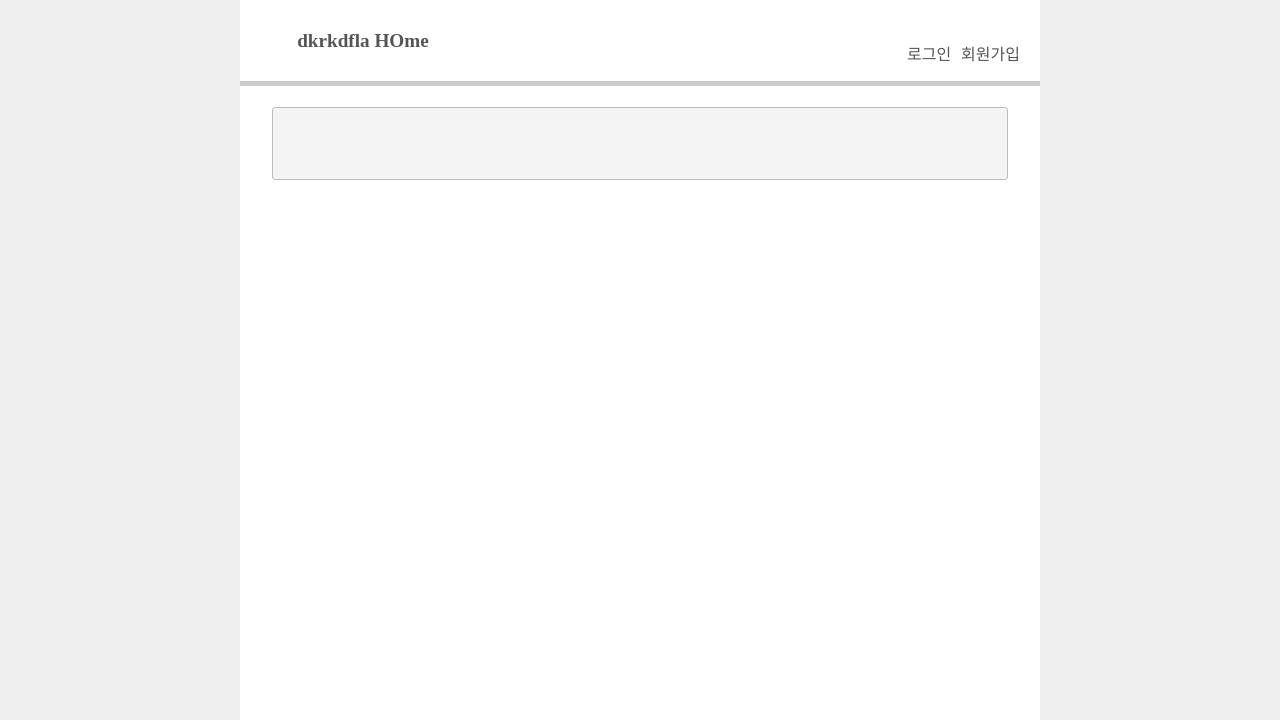
Repository: Dusajang/JSPClass
Page: http://localhost/jspPro/days06/ex06.jsp
The author's editor kept a copy of each file at every save. The page is drawn from the files as they stood at one save, then again after the next save.
The browser window is 1280 px wide. The pictures show the whole page.
Some web fonts or font styles are not loaded; a fallback is used. The page is served by Tomcat 9. Other server files are loaded and not shown.

Above is the page before, as saved 2024-10-22 07:36:48.

### jspPro/src/main/webapp/days06/ex06.jsp
<%@ page contentType="text/html; charset=UTF-8" pageEncoding="UTF-8"%>
<%@ taglib prefix="c" uri="http://java.sun.com/jsp/jstl/core" %>
<!DOCTYPE html>
<html>
<head>
<meta charset="UTF-8">
<title>Insert title here</title>
<link rel="shortcut icon" type="image/x-icon" href="http://localhost/jspPro/images/SiSt.ico">
<script src="https://ajax.googleapis.com/ajax/libs/jquery/3.7.1/jquery.min.js"></script>
<meta name="viewport" content="width=device-width, initial-scale=1.0">
<meta name="google" content="notranslate">
<link rel="stylesheet" href="http://localhost/jspPro/resources/cdn-main/example.css">
<script src="http://localhost/jspPro/resources/cdn-main/example.js"></script>
<style>
 span.material-symbols-outlined{
    vertical-align: text-bottom;
 }
</style>
</head>
<body>
<header>
  <h1 class="main"><a href="#" style="position: absolute;top:30px;">dkrkdfla HOme</a></h1>
  <ul>
    <li><a href="#">로그인</a></li>
    <li><a href="#">회원가입</a></li>
  </ul>
</header>
<div>
  <xmp class="code">

  </xmp>
</div>
</body>
</html>

### jspPro/src/main/webapp/resources/cdn-main/example.css
@charset "UTF-8";

@import url('https://fonts.googleapis.com/css2?family=Material+Symbols+Outlined:opsz,wght,FILL,GRAD@20..48,100..700,0..1,-50..200');

@font-face {
    font-family: 'GmarketSansMedium';
    src: url('https://cdn.jsdelivr.net/gh/projectnoonnu/noonfonts_2001@1.1/GmarketSansMedium.woff') format('woff');
    font-weight: normal;
    font-style: normal;
}

:root {
	--text-color: #555;
	--sub-text-color: #777;
	--back-color: #EFEFEF;
	--header-color: #444;
	--primary-color: #DEDEDE;
	--secondary-color: #EFEFEF;
	--default-width: 800px;
	--narrow-width: 500px;
	--wide-width: 1200px;
	--text-font: 'GmarketSansMedium';
	--icon-font: 'Material Symbols Outlined';
	--border-color: #CCC;
}

html, body {
	margin: 0;
	padding: 0;
}

html {
	background-color: var(--back-color);
	display: flex;
	justify-content: center;
	min-height: 100vh;
}

body, body.default {
	width: var(--default-width);
	background-color: white;
	padding-bottom: 120px;
}

body.wide {
	width: var(--wide-width);
}

body.narrow {
	width: var(--narrow-width);
}



body, p, div, span, a, input, select, option, textarea, button, table, th, td, label, fieldset, legend {
	font-family: var(--text-font);
	color: var(--text-color);
}

h1, h2, h3 {
	font-family: var(--text-font);
	color: var(--header-color);
	padding: 0 1rem;
	padding-top: .5rem;
}

div > h1, div > h2, div > h3 {
	padding: 0;
}

body > div, body > main > div {
	padding: 0.3rem 1rem;
}


h1 { font-size: 2rem; border-bottom: 1px solid var(--border-color); }
h1 small { font-size: 1.2rem; color: var(--sub-text-color); }
h2 { font-size: 1.5rem; border-bottom: 1px dashed var(--border-color); }
h2 small { font-size: 1.1rem; color: --sub-text-color; }
h3 { font-size: 1.2rem; }
h3 small { font-size: 1rem; color: --sub-text-color; }



h1.main::before {
	font-family: var(--icon-font);
  	content: '\e666';
  	margin-right: 10px;
  	float: left;
	font-size: 2.5rem;
}

h1.sub::before {
	font-family: var(--icon-font);
  	content: '\ea19';
  	margin-right: 10px;
  	float: left;
	font-size: 2.5rem;
}


h1.page::before {
	font-family: var(--icon-font);
  	content: '\e0e0';
  	margin-right: 10px;
  	float: left;
	font-size: 2.5rem;
}

body > header > ul > li > .active{
	background-color: #FFF;
	color:#F00;
}

body > header {
	display: flex;
	justify-content: space-between;
	border-bottom: 5px solid var(--border-color);
	min-height: 74px;
	background-color: #FFF;
}

body > header.sticky {
	position: sticky;
	top: 0;
	z-index: 98;
}

body > header > h1 {
	font-size: 1.2rem;
	border: 0;
}

body > header.in > h1::before {
	font-family: var(--icon-font);
  	content: '\e332‥';
  	margin-right: 3px;
  	float: left;
	font-size: 2rem;
}


body > header > ul {
	list-style-type: none;
	display: flex;
	align-items: flex-end;
	margin-right: 10px;
}

body > header > ul > li {
	margin-right: 10px;
	cursor: pointer;
}

body > header > ul > li > a {
	cursor: pointer;
}


form {
	display: block;
}

form > div {
	padding: 0.3rem 1rem;
}

div > form > div {
	padding: 0.3rem 0;
}

input, textarea, button, select {
	border: 1px solid #BBB;
	border-radius: 3px;
	outline: none;
	resize: none;
	padding: 7px;
	margin: 0;
}

input[type=text]:read-only, textarea:read-only {
	cursor: not-allowed;
	background-color: #FFF;
}

input[type=text]:disabled, textarea:disabled {
	cursor: not-allowed;
	background-color: #EEE;
}

input[type=text], input[type=password], textarea, button, select {
	/* width: 300px; */
}

textarea {
	display: block;
	height: 100px;
}

input[type=button], input[type=submit], button {
	/* width: inherit; */
}

input.short, textarea.short, button.short, select.short {
	width: 100px;
}

input.long, textarea.long, button.long, select.long {
	width: 350px;
}

.narrow input.long, .narrow textarea.long, .narrow button.long, .narrow select.long {
	width: calc(100% - 20px);
}

input.full, textarea.full, button.full, select.full {
	width: calc(100% - 20px);
}

textarea.short {
	height: 50px;
}

textarea.long {
	height: 100px;
}

textarea.full {
	height: 200px;
}

input, textarea {
	padding-top: 8px;
}

input[type=button], input[type=submit], button {
	padding: 5px 10px;
	background-color: var(--secondary-color);
	cursor: pointer;
	min-height: 36px;
}

input[type=button].primary, input[type=submit].primary, button.primary {
	/* background-color: rgba(100, 149, 237, .2); */
	background-color: var(--primary-color);
}

input[type=button].primary:hover, input[type=submit].primary:hover, button.primary:hover {
	/* background-color: rgba(100, 149, 237, .3); */
	background-color: var(--secondary-color);
}

input[type=button]:hover, input[type=submit]:hover, button:hover {
	background-color: var(--primary-color);
}

button {
	position: relative;
	left: 0;
	top: 0;
	padding-left: 35px;
}

button .material-symbols-outlined {
	position: absolute;
	left: 10px;
	top: 4px;
}

/* k2nik add */
button.login::before {
	font-family: var(--icon-font);
  	content: '\ea77';
	position: absolute;
	left: 11px;
	top: 4px;
	font-size: 1.25rem;
}

/* k2nik logout */
button.logout::before {
	font-family: var(--icon-font);
  	content: '\e9ba';
	position: absolute;
	left: 11px;
	top: 4px;
	font-size: 1.25rem;
}

/* k2nik help */
button.help::before {
	font-family: var(--icon-font);
  	content: '\f1c0';
	position: absolute;
	left: 11px;
	top: 4px;
	font-size: 1.25rem;
}

button.add::before{
	font-family: var(--icon-font);
  	content: '\e746';
	position: absolute;
	left: 11px;
	top: 4px;
	font-size: 1.25rem;
}

button.back::before {
	font-family: var(--icon-font);
  	content: '\e166';
	position: absolute;
	left: 11px;
	top: 4px;
	font-size: 1.25rem;
}

button.list::before {
	font-family: var(--icon-font);
  	content: '\e0ee';
	position: absolute;
	left: 11px;
	top: 4px;
	font-size: 1.25rem;
}


button.del::before {
	font-family: var(--icon-font);
  	content: '\e872';
	position: absolute;
	left: 11px;
	top: 4px;
	font-size: 1.25rem;
}


button.edit::before {
	font-family: var(--icon-font);
  	content: '\e745';
	position: absolute;
	left: 11px;
	top: 4px;
	font-size: 1.25rem;
}


button.login::before {
	font-family: var(--icon-font);
  	content: '\ea77';
	position: absolute;
	left: 11px;
	top: 4px;
	font-size: 1.25rem;
}


button.logout::before {
	font-family: var(--icon-font);
  	content: '\e9ba';
	position: absolute;
	left: 11px;
	top: 4px;
	font-size: 1.25rem;
}


button.in::before {
	font-family: var(--icon-font);
  	content: '\f71a';
	position: absolute;
	left: 11px;
	top: 4px;
	font-size: 1.25rem;
}


button.out::before {
	font-family: var(--icon-font);
  	content: '\f70e';
	position: absolute;
	left: 11px;
	top: 4px;
	font-size: 1.25rem;
}


button.reply::before {
	font-family: var(--icon-font);
  	content: '\e15e';
	position: absolute;
	left: 11px;
	top: 4px;
	font-size: 1.25rem;
}


button.comment::before {
	font-family: var(--icon-font);
  	content: '\e0b9';
	position: absolute;
	left: 11px;
	top: 4px;
	font-size: 1.25rem;
}


button.modal::before {
	font-family: var(--icon-font);
  	content: '\e89e';
	position: absolute;
	left: 11px;
	top: 4px;
	font-size: 1.25rem;
}


button.ok::before {
	font-family: var(--icon-font);
  	content: '\e86c';
	position: absolute;
	left: 11px;
	top: 4px;
	font-size: 1.25rem;
}


button.cancel::before {
	font-family: var(--icon-font);
  	content: '\e5c9';
	position: absolute;
	left: 11px;
	top: 4px;
	font-size: 1.25rem;
}

button.search::before {
	font-family: var(--icon-font);
  	content: '\e8b6';
	position: absolute;
	left: 11px;
	top: 4px;
	font-size: 1.25rem;
}

button.home::before {
	font-family: var(--icon-font);
  	content: '\e88a';
	position: absolute;
	left: 11px;
	top: 4px;
	font-size: 1.25rem;
}


button.sidebar::before {
	font-family: var(--icon-font);
  	content: '\f7e4';
	position: absolute;
	left: 11px;
	top: 4px;
	font-size: 1.25rem;
}


button.sidebar-right::before {
	font-family: var(--icon-font);
  	content: '\f7e5';
	position: absolute;
	left: 11px;
	top: 4px;
	font-size: 1.25rem;
}




button::before {
	font-family: var(--icon-font);
  	content: '\e323';
	position: absolute;
	left: 11px;
	top: 4px;
	font-size: 1.25rem;
}


table {
	border-collapse: collapse;
	margin: 1rem;
	box-sizing: border-box;
	width: calc(100% - 32px);
}

table.content {
	width: auto;
}

div > table {
	margin: 0;
}

table th, table td {
	border: 1px solid var(--border-color);
	padding: 7px;
	font-weight: normal;
}

table th {
	background-color: var(--back-color);
}

table.vertical th {
	width: 150px;
}

table.vertical td {
	width: calc(100% - 182px);
	padding-left: 10px;
}

table.content td, table.content th {
	width: auto;
}

body.narrow table.vertical th {
	width: 100px;
}

body.narrow table.vertical td {
	width: calc(100% - 182px);
}


table + table {
	margin-top: 30px;
}


p {
	padding: 0 1rem;
}

a {
	text-decoration: none;
}

a:hover {
	color: rgba(255, 99, 71, .7);
}

hr {
	border: 0;
	border-top: 1px solid var(--border-color);
	margin: 2rem 0;
}

.message {
	border: 1px solid var(--border-color);
	background-color: #EFEFEF;
	margin: 1rem;
	width: auto;
	padding-top: 10px;
	padding-bottom: 10px;
	font-size: 14px;
}

.message[title]::before {
	content: attr(title);
	display: block;
	border-bottom: 1px solid var(--border-color);
	padding-bottom: 5px;
	margin-bottom: 10px;
	margin-top: 7px;
}

.message.short {
	max-width: 250px;
}

.message.long {
	max-width: 500px;
}

.badge {
	float: right;
	font-size: .8rem;
	margin-top: 2px;
	margin-right: 2px;
	text-shadow: 0 0 7px gray;
}

.badge.left {
	float: none;
	margin-left: 2px;
}

.badge.right {
	float: right;
}

.badge.red {
	border-radius: 50%;
	padding: 2px 5px;
	background-color: rgb(255, 99, 71, .3);
}

.badge.yellow {

	border-radius: 50%;
	padding: 2px 5px;
	background-color: rgb(255, 215, 0, .5);
}

.badge.blue {
	border-radius: 50%;
	padding: 2px 5px;
	background-color: rgb(100, 149, 237, .3);
}

label + label {
	margin-left: 7px;
}

label input[type=checkbox], label input[type=radio] {
	transform: translate(0, 1px);
}

.group {
	display: flex;
}

.modal-content .group {
	margin-bottom: .5rem;
}

.group label {
	border: 1px solid #BBB;
	border-radius: 3px;
	outline: none;
	resize: none;
	padding: 7px 14px;
	margin: 0;
	border-top-right-radius: 0;
	border-bottom-right-radius: 0;
	background-color: #EFEFEF;
	white-space: nowrap;
	font-size: 14px;
}

.group input[type=text] {
	margin-left: -1px;
	border-top-left-radius: 0;
	border-bottom-left-radius: 0;
}

.group select {
	margin-left: -1px;
	border-top-left-radius: 0;
	border-bottom-left-radius: 0;
}

.group input.full[type=text] {
	margin-left: -1px;
	border-top-left-radius: 0;
	border-bottom-left-radius: 0;
	width: 100%;
}

.group input[type=button]:first-child, .group button:first-child {
	border-top-left-radius: 3px;
	border-bottom-left-radius: 3px;
	margin-left: 0px;
}

.group input[type=button], .group button {
	border-radius: 0;
	margin-left: -1px;
}

.group input[type=button]:last-child, .group button:last-child {
	margin-left: -1px;
	border-top-right-radius: 3px;
	border-bottom-right-radius: 3px;
}

.seperate {
	display: flex;
	justify-content: space-between;
}

div.list {
	width: max-content;
	margin: 1rem;
	border: 1px solid #BBB;
	border-radius: 3px;
	padding: 0;
}

div.list.full {
	width: auto;
	display: block;
	margin: 1rem;
	border: 1px solid #BBB;
	border-radius: 3px;
	padding: 0;
}

div.list > div {
	padding: .5rem 1rem;
	margin: 0;
	border-bottom: 1px solid #BBB;
}

div.list > div:last-child {
	border-bottom: 0;
}

pre.code , xmp.code{
	font-family: consols;
	background-color: rgba(150, 150, 150, .1);
	border: 1px solid #BBB;
	border-radius: 3px;
	padding: .5rem 1rem;
	padding-bottom: .6rem;
	margin: 1rem;
}




*[data-modal-window] {
	position: fixed;
	background-color: rgba(0, 0, 0, .3);
	left: 0;
	top: 0;
	display: none;
	justify-content: center;
	align-items: flex-start;
	width: 100%;
	min-height: 100vh;
	z-index: 100;
	opacity: 0;
	transition: 500ms all;
}

*[data-modal-window] .modal-container {
	border-radius: 5px;
	padding: 1rem;
	padding-bottom: .5rem;
	margin-top: -500px;
	opacity: 0;
	width: 500px;
	background-color: #FFF;
	margin-right: 2rem;
	transition: 500ms all;
}

*[data-modal-size=content] .modal-container {
	width: auto;
}

*[data-modal-size=narrow] .modal-container {
	width: 300px;
}

*[data-modal-size=wide] .modal-container {
	width: 760px;
}


*[data-modal-window] .modal-header {
	border-bottom: 1px solid var(--border-color);
	padding: 2px 5px;
}

*[data-modal-window] .modal-content {
	padding: 1rem 5px;
}

*[data-modal-window] .modal-content div:last-child {
	margin-top: 1rem;
	text-align: right;
}



*[data-sidebar-window] {
	position: fixed;
	background-color: #FFF;
	left: 0;
	top: 0;
	display: block;
	width: 300px;
	border-right: 1px solid var(--border-color);
	box-sizing: border-box;
	box-shadow: 0 0 3px var(--back-color);
	min-height: 100vh;
	z-index: 99;
	transform: translate(-300px, 0);
	transition-duration: 500ms;
	transition-property: transform;
}

*[data-sidebar-direction=right] {
	left: auto;
	right: 0;
	transform: translate(300px, 0);
	border-left: 1px solid var(--border-color);
}

*[data-sidebar-size=wide] {
	width: 500px;
	transform: translate(-500px, 0);
}

*[data-sidebar-window] .sidebar-title {
	border-bottom: 1px solid var(--border-color);
	margin-top: 20px;
	margin-bottom: 20px;
	padding-bottom: 5px;
	display: flex;
	justify-content: space-between;
}

*[data-sidebar-window] .sidebar-title span:last-child {
	cursor: pointer;
}


/* K2Nik pagination */
.center {
  text-align: center;
}

.pagination {
  display: inline-block;
}

.pagination a {
  color: black;
  float: left;
  padding: 3px 6px;
  text-decoration: none;
  transition: background-color .3s;
  border: 1px solid #ddd;
  margin: 0 3px;
}

.pagination a.active {
  background-color: #4CAF50;
  color: white;
  border: 1px solid #4CAF50;
}

.pagination a:hover:not(.active) {background-color: #ddd;}

### jspPro/src/main/webapp/resources/cdn-main/example.js

window.onload = () => {

    const list = document.querySelectorAll('input, textarea');

    list.forEach(item => {
        item.setAttribute('autocomplete', 'off');
    });


    const modal_btn_list = document.querySelectorAll('*[data-modal-button]');

    modal_btn_list.forEach(item => {
        item.onclick = function() {

            const name = this.dataset['modalButton'];
            const modal_window = document.querySelector('*[data-modal-window=' + name);

            const container = document.createElement('div');
            container.className = 'modal-container';



            const modal_header = document.createElement('div');
            modal_header.textContent = modal_window.dataset['modalTitle'];
            modal_header.className = 'modal-header';
            container.appendChild(modal_header);

            const modal_content = document.createElement('div');
            modal_content.className = 'modal-content';
            container.appendChild(modal_content);

            Array.from(modal_window.childNodes).forEach(item => {
                modal_content.appendChild(item);
            });

            modal_window.appendChild(container);

            modal_window.style.display = 'flex';

            setTimeout(() => {
                modal_window.style.opacity = 1;
                container.style.marginTop = '20px';
                container.style.opacity = 1;
            }, 50);


            const modal_ok = document.querySelector('*[data-modal-ok=' + name);
            modal_ok.addEventListener('click', function() {
                modal_window.style.opacity = 0;
                container.style.marginTop = '-500px';
                container.style.opacity = 0;

                setTimeout(() => {
                    modal_window.innerHTML = modal_content.innerHTML;
                    modal_window.style.display = 'none';
                }, 500);

            });

            const modal_cancel = document.querySelector('*[data-modal-cancel=' + name);
            modal_cancel.addEventListener('click', function() {

                modal_window.style.opacity = 0;
                container.style.marginTop = '-500px';
                container.style.opacity = 0;

                setTimeout(() => {
                    modal_window.innerHTML = modal_content.innerHTML;
                    modal_window.style.display = 'none';
                }, 500);
            });


        };
    });


    const sidebar_btn_list = document.querySelectorAll('*[data-sidebar-button]');

    sidebar_btn_list.forEach(item => {
        item.onclick = function() {



            const name = this.dataset['sidebarButton'];
            const sidebar_window = document.querySelector('*[data-sidebar-window=' + name);

            if (sidebar_window.style.transform == 'translate(0px, 0px)') return;



            sidebar_window.style.transform = 'translate(0, 0)';

            const sidebar_title = document.createElement('div');
            sidebar_title.className = 'sidebar-title';
            sidebar_title.innerHTML = '<span>' + sidebar_window.dataset['sidebarTitle'] + '</span><span class="material-symbols-outlined">close</span>';

            sidebar_title.children[1].onclick = function() {

                let sign = 1;
                let distance = 300;

                if (sidebar_window.dataset['sidebarDirection'] != 'right') {
                    sign = -1;
                } else {
                    sign = 1;
                }

                if (sidebar_window.dataset['sidebarSize'] != 'wide') {
                    distance = 300;
                } else {
                    distance = 500;
                }

                distance *= sign;

                sidebar_window.style.transform = 'translate(' + distance + 'px, 0)';

                setTimeout(function() {
                    sidebar_window.removeChild(sidebar_window.children[0]);
                }, 500);
            };


            sidebar_window.prepend(sidebar_title);

        }
    });

};

// window.onkeydown = function(event) {

//     if (event.keyCode == 27) {
//         if (document.querySelector('[data-modal-window').style.display == 'flex') {
//             document.querySelector('[data-modal-window').style.display = 'none';
//         }
//     }

// };

After the next save:
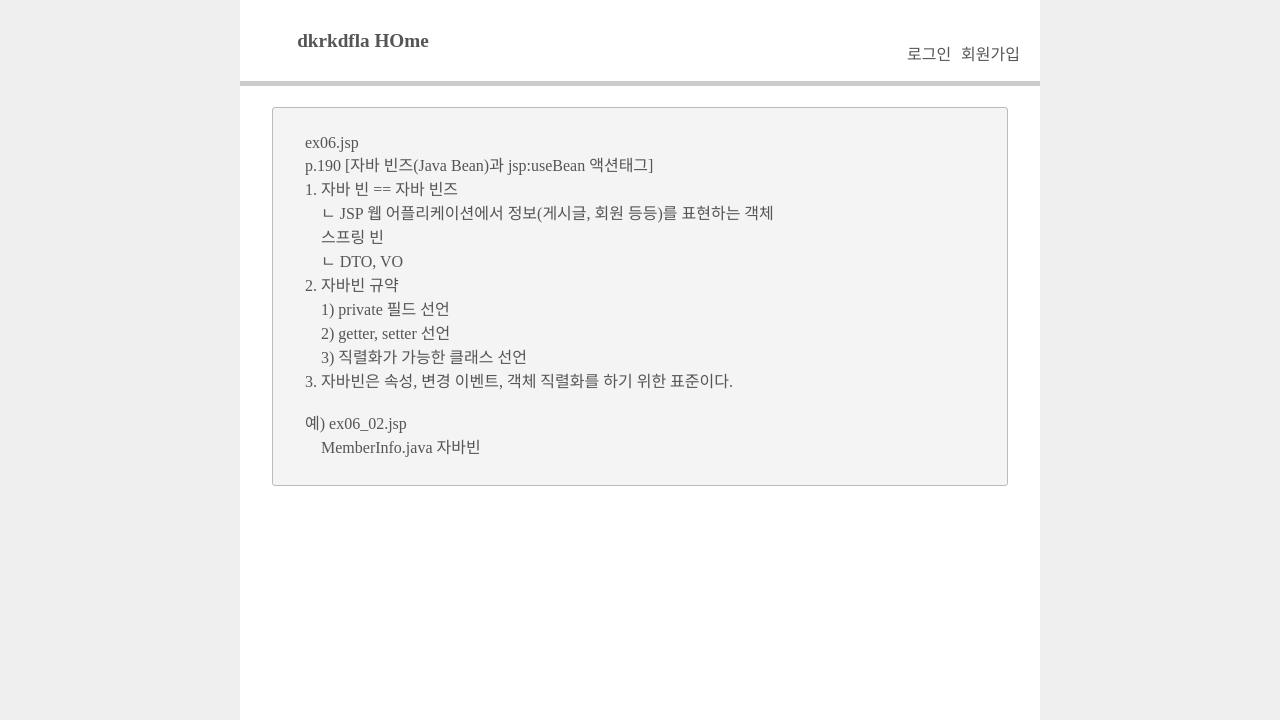
Saved 2 s later.
--- a/jspPro/src/main/webapp/days06/ex06.jsp
+++ b/jspPro/src/main/webapp/days06/ex06.jsp
@@ -27,7 +27,20 @@
 </header>
 <div>
   <xmp class="code">
+    ex06.jsp
+    p.190 [자바 빈즈(Java Bean)과 jsp:useBean 액션태그]
+    1. 자바 빈 == 자바 빈즈
+    	ㄴ JSP 웹 어플리케이션에서 정보(게시글, 회원 등등)를 표현하는 객체
+    	스프링 빈
+    	ㄴ DTO, VO
+    2. 자바빈 규약
+    	1) private 필드 선언
+    	2) getter, setter 선언
+    	3) 직렬화가 가능한 클래스 선언
+    3. 자바빈은 속성, 변경 이벤트, 객체 직렬화를 하기 위한 표준이다.
 
+    예) ex06_02.jsp
+    	MemberInfo.java 자바빈
   </xmp>
 </div>
 </body>
